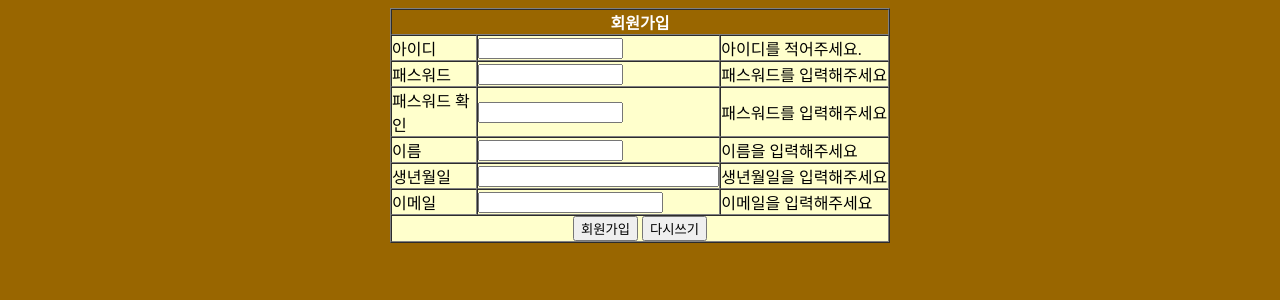
Repository: beom324/jsp-servlet
Page: http://localhost/day1226/member.jsp
The author's editor kept a copy of each file at every save. The page is drawn from the files as they stood at one save, then again after the next save.
The browser window is 1280 px wide. The pictures show the whole page.
The page is served by Tomcat 9. Other server files are loaded and not shown.

Above is the page before, as saved 2023-12-26 00:41:31.

### day1226/src/main/webapp/member.jsp
<%@ page language="java" contentType="text/html; charset=UTF-8"
    pageEncoding="UTF-8"%>
<!DOCTYPE html>
<html>
<head>
<meta charset="UTF-8">
<title>Insert title here</title>
</head>
<body bgcolor="#996600">
	<table width ="500" align="center" cellpadding="0" cellspacing="0">
		<tr>
			<td align ="center" valign="middle" bgcolor="#ffffcc">
				<table border="1" cellpadding="0" cellspacing="0" align="center">
					<form name="regForm" method="post" action="memberProc.jsp">
						<tr align="center" bgcolor="#996600">
							<td colspan="3">
								<font color="#ffffff"><b>회원가입</b></font>
							</td>
						</tr>
						<tr>
							<td width="100">아이디</td>
							<td width="200">
								<input type="text" name="id" size="15">
							</td>
							<td width="200">아이디를 적어주세요.</td>
						</tr>
						<tr>
							<td>패스워드</td>
							<td>
								<input type="password" name="pwd" size="15">
							</td>
							<td>패스워드를 입력해주세요</td>
						</tr>
						<tr>
							<td>패스워드 확인</td>
							<td>
								<input type="password" name="repwd" size="15">
							</td>
							<td>패스워드를 입력해주세요</td>
						</tr>
						<tr>
							<td>이름</td>
							<td>
								<input type="text" name="name" size="15">
							</td>
							<td>이름을 입력해주세요</td>
						</tr>
						<tr>
							<td>생년월일</td>
							<td>
								<input type="text" name="birthday" size="27">
							</td>
							<td>생년월일을 입력해주세요</td>
						</tr>
						<tr>
							<td>이메일</td>
							<td>
								<input type="text" name="email" size="20">
							</td>
							<td>이메일을 입력해주세요</td>
						</tr>
						<tr>
							<td colspan="3" align="center">
								<input type="button" value="회원가입" onclick ="inputCheck()">
								<input type="reset" value="다시쓰기">
							</td>
						</tr>
					</form>
				</table>
			</td>
		</tr>


	</table>

</body>
</html>

After the next save:
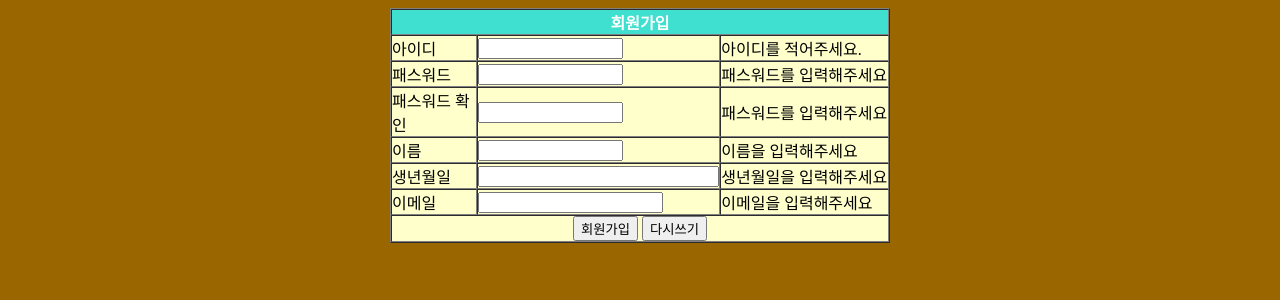
Saved 2 min 22 s later.
--- a/day1226/src/main/webapp/member.jsp
+++ b/day1226/src/main/webapp/member.jsp
@@ -12,7 +12,7 @@
 			<td align ="center" valign="middle" bgcolor="#ffffcc">
 				<table border="1" cellpadding="0" cellspacing="0" align="center">
 					<form name="regForm" method="post" action="memberProc.jsp">
-						<tr align="center" bgcolor="#996600">
+						<tr align="center" bgcolor="#40E0D0">
 							<td colspan="3">
 								<font color="#ffffff"><b>회원가입</b></font>
 							</td>
